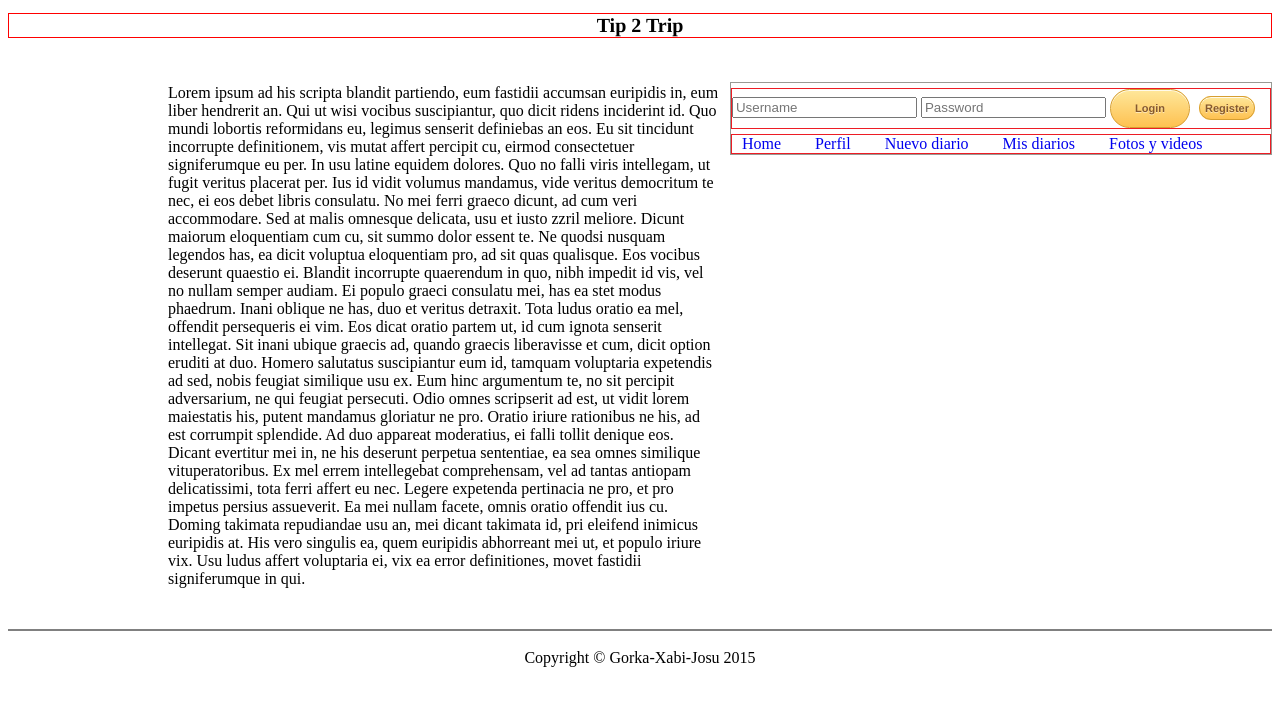
Repository: Deathdance/proyectoviajes
Page: routes/info.html
The author's editor kept a record of every edit. The page is drawn from the files as they stood at one moment, then again after the next edit.
The browser window is 1280 px wide. The pictures show the whole page.

Above is the page before.

After the next edit:
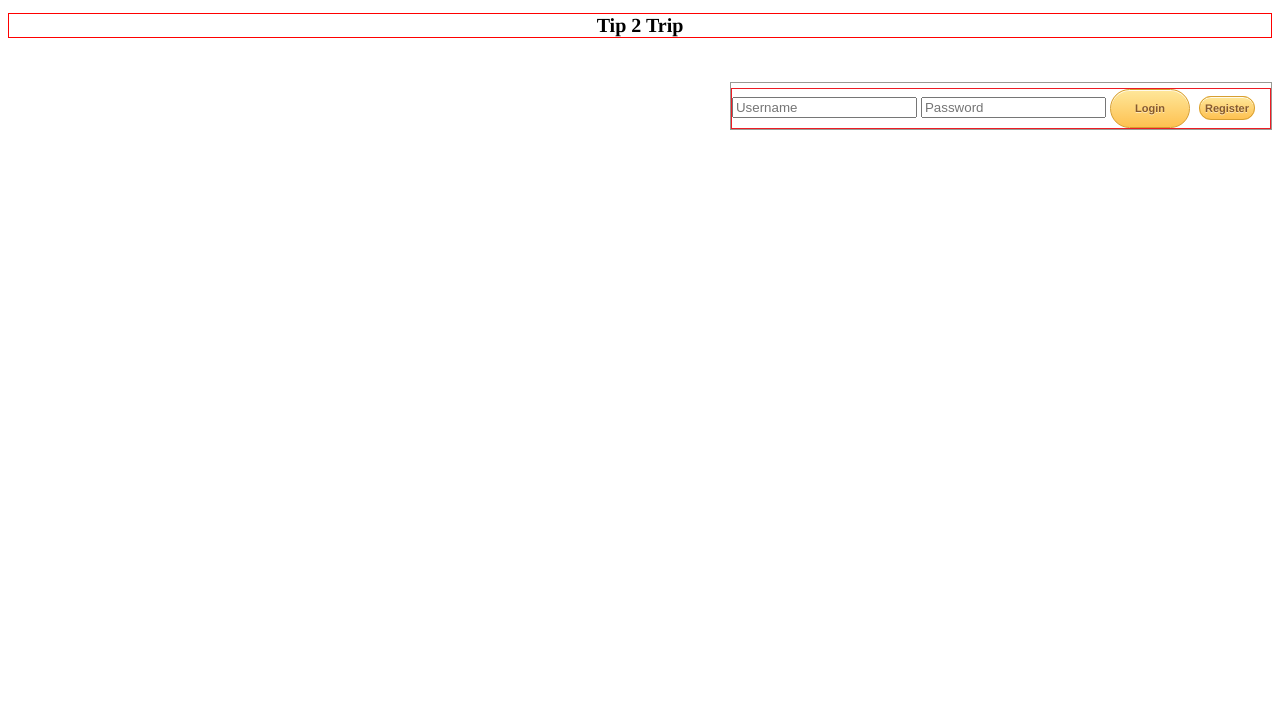
The edit:
--- a/routes/info.html
+++ b/routes/info.html
@@ -22,7 +22,7 @@
 						</span>
 						<span><a class="btn"  href="registro.html" target="_self">Register</a></span>
 					</div>
-					<div class="submenu2">
+					<!-- <div class="submenu2">
 							<span><a href="info.html" target="_self">Home</a></span>
 							<span><a href="perfil.html" target="_self">Perfil</a></span>
 							<span><a href="info.html" target="_self">Nuevo diario</a></span>
